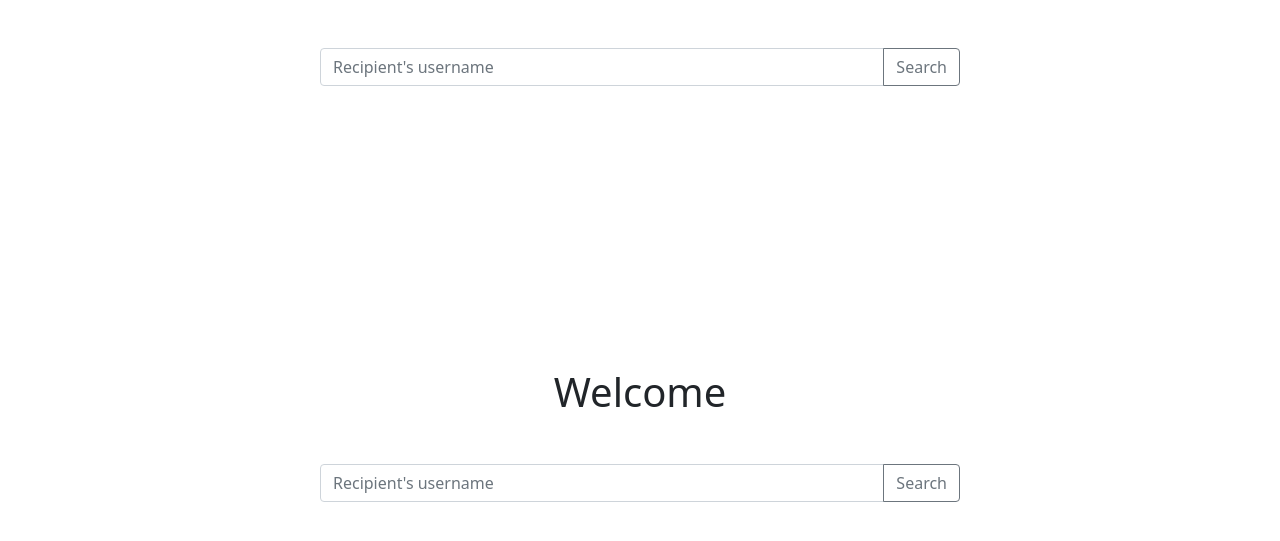
Repository: mehedi9465/PixaBay-Gallery
Page: index.html
An editor plug-in stored every save of this project. The page is shown before and after a run of saves, followed by the edit.
The browser window is 1280 px wide. The pictures show the whole page.

Above is the page before, as saved 2023-05-09 15:17:51.

### index.html
<!DOCTYPE html>
<html lang="en">
  <head>
    <meta charset="UTF-8" />
    <meta http-equiv="X-UA-Compatible" content="IE=edge" />
    <meta name="viewport" content="width=device-width, initial-scale=1.0" />
    <title>Pixabay</title>
    <link
      rel="shortcut icon"
      href="https://pixabay.com/favicon-32x32.png"
      type="image/x-icon"
    />
    <link
      href="https://cdn.jsdelivr.net/npm/bootstrap@5.1.1/dist/css/bootstrap.min.css"
      rel="stylesheet"
      integrity="sha384-F3w7mX95PdgyTmZZMECAngseQB83DfGTowi0iMjiWaeVhAn4FJkqJByhZMI3AhiU"
      crossorigin="anonymous"
    />
    <script
      src="https://cdn.jsdelivr.net/npm/bootstrap@5.1.1/dist/js/bootstrap.bundle.min.js"
      integrity="sha384-/bQdsTh/da6pkI1MST/rWKFNjaCP5gBSY4sEBT38Q/9RBh9AH40zEOg7Hlq2THRZ"
      crossorigin="anonymous"
    ></script>
    <link rel="stylesheet" href="css/style.css" />
  </head>
  <body>
    <main>
      <div class="input-group mt-5 mb-5 w-50 mx-auto overflow-hidden">
        <input
          type="text"
          class="form-control"
          placeholder="Recipient's username"
          aria-label="Recipient's username"
          aria-describedby="button-addon2"
          id="InputField"
        />
        <button
          class="btn btn-outline-secondary"
          type="button"
          id="button-addon2"
        >
          Search
        </button>
      </div>
      <div class="position-relative" style="height: 65vh">
        <div
          class="text-center position-absolute start-0 end-0 top-50 bottom-50"
        >
          <h1>Welcome</h1>
          <div class="input-group mt-5 mb-5 w-50 mx-auto overflow-hidden">
            <input
              type="text"
              class="form-control"
              placeholder="Recipient's username"
              aria-label="Recipient's username"
              aria-describedby="button-addon2"
              id="InputField"
            />
            <button
              class="btn btn-outline-secondary"
              type="button"
              id="button-addon2"
            >
              Search
            </button>
          </div>
        </div>
      </div>
      <div
        id="details"
        class="text-center mb-5 position-relative overflow-auto"
      ></div>

      <div
        id="image-Container"
        class="row row-cols-1 row-cols-md-4 g-4 overflow-hidden"
      ></div>
    </main>

    <!-- <main>
      <div class="position-relative" style="height: 80vh">
        <div
          class="text-center fs-1 position-absolute top-50 bottom-50 start-0 end-0 m-auto"
        >
          <h1 id="welcometxt" class="text-center fs-1">
            Welcome to Pixabay Gallery
          </h1>
          <div class="input-group mt-5 mb-5 w-50 mx-auto overflow-hidden">
            <input
              type="text"
              class="form-control"
              placeholder="Recipient's username"
              aria-label="Recipient's username"
              aria-describedby="button-addon2"
              id="InputField"
            />
            <button
              class="btn btn-outline-secondary"
              type="button"
              id="button-addon2"
            >
              Search
            </button>
          </div>
        </div>
      </div>

      <div
        id="details"
        class="text-center mb-5 position-relative overflow-auto"
      ></div>

      <div
        id="image-Container"
        class="row row-cols-1 row-cols-md-4 g-4 overflow-hidden"
      ></div>
    </main> -->

    <script src="js/script.js"></script>
  </body>
</html>

### css/style.css
.col img{
    width: 450px;
    height: 350px;
    object-fit: cover;
}

### js/script.js
const KEY = "12991928-c7c6409774c494db9971343c7";
let dataList = [];

const getData = (query) => {
  fetch(
    `https://pixabay.com/api/?key=${KEY}&q=${query}&image_type=photo&pretty=true`
  )
    .then((response) => response.json())
    .then((data) => loadData(data.hits))
    .catch((err) => console.log(err));
};

document.getElementById("button-addon2").addEventListener("click", () => {
  const inputValue = document.getElementById("InputField").value;
  getData(inputValue);
});

const loadData = (datas) => {
  dataList = [...datas];
  if (datas.length === 0) {
    alert("No result found");
    return;
  }
  const imageContainer = document.getElementById("image-Container");
  imageContainer.innerHTML = "";
  datas.forEach((data) => {
    let imgSerial = datas.indexOf(data);
    const appendDiv = document.createElement("div");
    appendDiv.innerHTML = `
        <div id="image" class="col text-center" onclick="loadDetails('${data.largeImageURL}', '${imgSerial}')">
            <img src="${data.largeImageURL}" class="card-img-top" alt="...">
        </div>
        `;
    imageContainer.appendChild(appendDiv);
  });
};

const detailDiv = document.getElementById("details");

document.getElementById("InputField").addEventListener("click", () => {
  document.getElementById("InputField").value = "";
});

const loadDetails = (data, imgSerial) => {
  // console.log(imgSerial);
  const img = document.createElement("img");
  img.setAttribute("src", data);

  const nextBTN = document.createElement("span");
  // nextBTN.innerHTML = `<button class="btn btn-secondary border-0 outline-0">Next</button>`
  nextBTN.innerHTML = `<img src="https://cdn-icons-png.flaticon.com/512/892/892528.png" width='80' class="position-absolute end-0 top-50 bottom-50 m-auto cursor-pointer" alt="..." onclick="onNext('${imgSerial}')" />`;

  const prevBTN = document.createElement("span");
  // prevBTN.innerHTML = `<button class="btn btn-secondary border-0 outline-0">Prev</button>`
  prevBTN.innerHTML = `<img src="https://cdn-icons-png.flaticon.com/512/892/892512.png" width='80' class="position-absolute start-0 top-50 bottom-50 m-auto cursor-pointer" alt="..." onclick="onPrev('${imgSerial}')" />`;

  detailDiv.innerHTML = "";
  detailDiv.append(prevBTN);
  detailDiv.appendChild(img);
  detailDiv.append(nextBTN);
};

const onNext = (imgSerial) => {
  if (imgSerial >= 0 && imgSerial <= 18) {
    imgSerial++;
    const data = dataList[imgSerial];
    loadDetails(data.largeImageURL, imgSerial);
  } else if (imgSerial == 19) {
    imgSerial = 0;
    const data = dataList[imgSerial];
    loadDetails(data.largeImageURL, imgSerial);
  }
};

const onPrev = (imgSerial) => {
  if (imgSerial <= 19 && imgSerial >=1) {
    imgSerial--;
    const data = dataList[imgSerial];
    loadDetails(data.largeImageURL, imgSerial);
  } else if (imgSerial == 0) {
    imgSerial = 19;
    const data = dataList[imgSerial];
    loadDetails(data.largeImageURL, imgSerial);
  }
};

// const nextBTN = ' <span><img class="border-0 outline-0" src="https://cdn-icons-png.flaticon.com/512/892/892512.png" alt="Prev" width="200"></span>'
// const prevBTN = '<span><img src="https://cdn-icons-png.flaticon.com/512/892/892528.png" alt="Next" width="200"></span>'

After the next 2 saves:
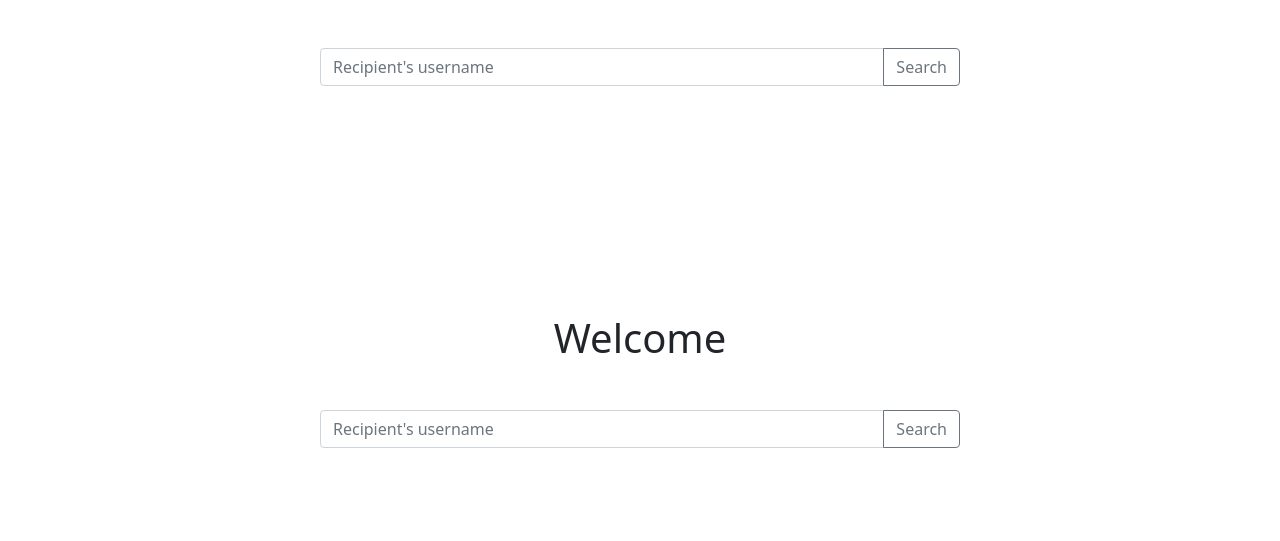
The 2 saves are shown as one change because they came seconds apart.
The last was saved 11 s later.
--- a/index.html
+++ b/index.html
@@ -42,7 +42,7 @@
           Search
         </button>
       </div>
-      <div class="position-relative" style="height: 65vh">
+      <div class="position-relative" style="height: 50vh">
         <div
           class="text-center position-absolute start-0 end-0 top-50 bottom-50"
         >
